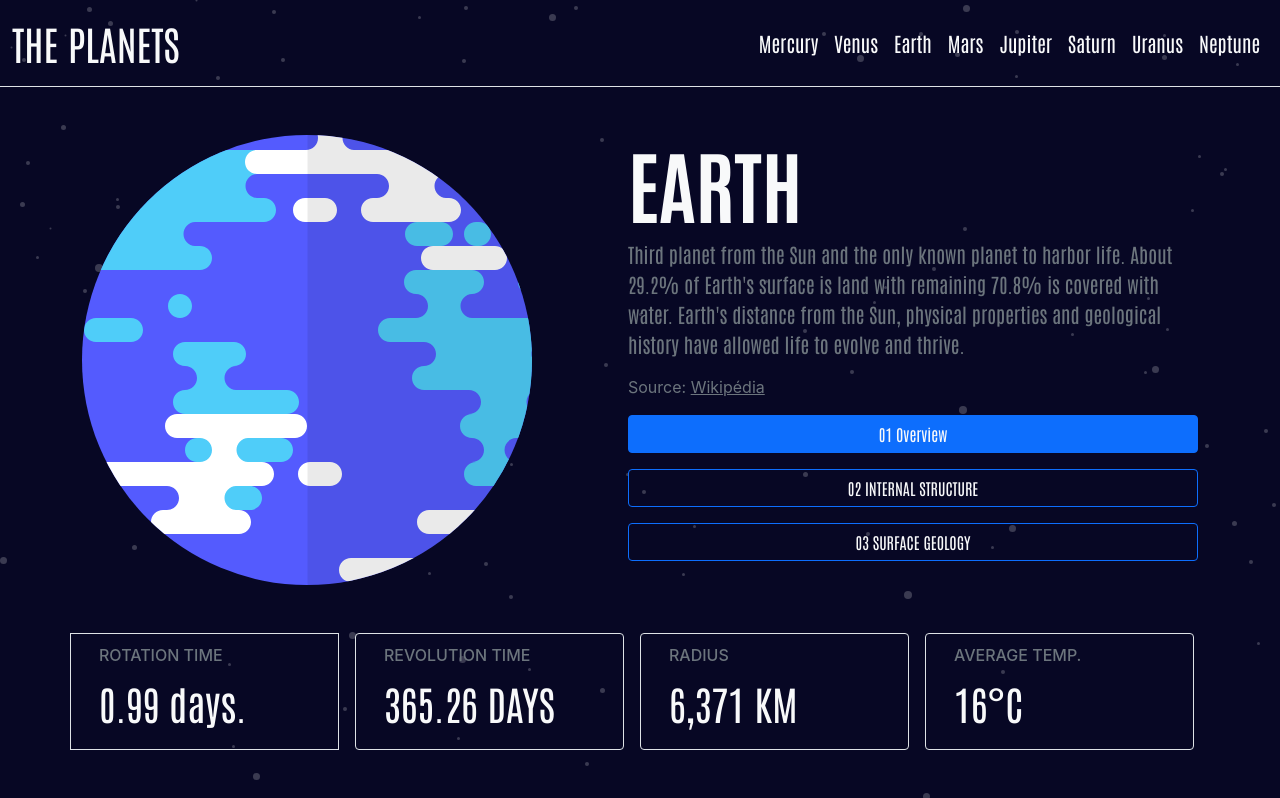
Repository: andre06x/the-planets
Page: /
These files come from the project's save history. The page is drawn as it stood at one moment and after the next save; the edit follows.
The browser window is 1280 px wide. The pictures show the whole page.
The project was rebuilt for these pictures with package versions that can differ from the ones it lists, and the page was loaded fresh each time.

Above is the page before, as saved 2021-10-18 22:31:57.

### public/index.html
<!DOCTYPE html>
<html lang="en">

<head>
  <meta charset="utf-8" />
  <link rel="icon" href="%PUBLIC_URL%/favicon.ico" />
  <meta name="viewport" content="width=device-width, initial-scale=1" />
  <meta name="theme-color" content="#000000" />
  <link rel="preconnect" href="https://fonts.googleapis.com">
  <link rel="preconnect" href="https://fonts.gstatic.com" crossorigin>
  <link href="https://fonts.googleapis.com/css2?family=Antonio:wght@400;500;600;700&display=swap" rel="stylesheet">
  <meta name="description" content="Web site created using create-react-app" />
  <link rel="apple-touch-icon" href="%PUBLIC_URL%/logo192.png" />
  <link rel="manifest" href="%PUBLIC_URL%/manifest.json" />
  <link rel="stylesheet" href="%PUBLIC_URL%/bootstrap-5.1.3-dist/css/bootstrap.min.css">
  <title>React App</title>
</head>

<body>
  <noscript>You need to enable JavaScript to run this app.</noscript>
  <div id="root"></div>
  <script src="./bootstrap-5.1.3-dist/js/bootstrap.min.js"></script>
</body>

</html>

### src/index.js
import React from 'react';
import ReactDOM from 'react-dom';
import App from './App';
import reportWebVitals from './reportWebVitals';
import Global from './styles/global';

ReactDOM.render(
  <React.StrictMode>
    <Global />
    <App />
  </React.StrictMode>,
  document.getElementById('root')
);

// If you want to start measuring performance in your app, pass a function
// to log results (for example: reportWebVitals(console.log))
// or send to an analytics endpoint. Learn more: https://bit.ly/CRA-vitals
reportWebVitals();

### src/App.js
import logo from './logo.svg';
// import './App.css';
import Header from './components/Header';
import Container from './components/Container';

function App() {
  return (
    <div className="App">
      <Header />
      <Container />
    </div>
  );
}

export default App;

### src/styles/global.js
import { createGlobalStyle } from 'styled-components';
import img from '../background-stars.svg';

export default createGlobalStyle`
  body {
    background-image: url(${img});
    background-color: #070724;
    background-repeat: repeat;
  margin: 0;
  font-family: -apple-system, BlinkMacSystemFont, 'Segoe UI', 'Roboto', 'Oxygen',
    'Ubuntu', 'Cantarell', 'Fira Sans', 'Droid Sans', 'Helvetica Neue',
    sans-serif;
  -webkit-font-smoothing: antialiased;
  -moz-osx-font-smoothing: grayscale;
}

code {
  font-family: source-code-pro, Menlo, Monaco, Consolas, 'Courier New',
    monospace;
}
`;

### src/components/Header.js
import React from 'react';
import data from '../data.json';

const Header = () => {
  return (
    <nav class="navbar navbar-expand-lg navbar-dark bg-transparent border-bottom border-muted mb-5">
      <div class="container-fluid d-flex justify-content-between">
        <a class="navbar-brand fs-1 text-light font-antonio" href="#">THE PLANETS</a>
        <button class="navbar-toggler text-light" type="button" data-bs-toggle="collapse" data-bs-target="#navbarSupportedContent" aria-controls="navbarSupportedContent" aria-expanded="false" aria-label="Toggle navigation">
          <span class="navbar-toggler-icon text-light"></span>
        </button>
        <div class="collapse navbar-collapse justify-content-end" id="navbarSupportedContent">
          <div>
            <ul class="navbar-nav me-auto mb-2 mb-lg-0">
              {
                data.map(d => (
                  <li class="nav-item">
                    <a class="nav-link active text-light fs-5 font-antonio" aria-current="page" href="#">{d.name}</a>
                  </li>
                ))
              }
            </ul>
          </div>
        </div>
      </div>
    </nav>
  )
}



export default Header

### src/components/Container.js
import React, { useEffect, useState } from 'react';
// import earth from '../assets/planet-earth.svg';
import data from '../data.json';

const Container = () => {
  const [selectBox, setSelectBox] = useState(1);
  const [planet, setPlanet] = useState('Earth');
  const [text, setText] = useState('');
  const [imagee, setImagee] = useState('assets/planet-earth.svg')

  const op = [
    { id: 1, titulo: '01 Overview' },
    { id: 2, titulo: '02 INTERNAL STRUCTURE' },
    { id: 3, titulo: '03 SURFACE GEOLOGY' },
  ]

  function buttonChange(o) {
    setSelectBox(o.id);

    if (o.id === 1) {
      setText(data.filter(d => d.name === planet)[0].overview);
      setImagee(data.filter(d => d.name === planet)[0].images.planet);
    }

    if (o.id === 2) {
      setText(data.filter(d => d.name === planet)[0].structure);
      setImagee(data.filter(d => d.name === planet)[0].images.internal);

    }

    if (o.id === 3) {
      setText(data.filter(d => d.name === planet)[0].geology);
      setImagee(data.filter(d => d.name === planet)[0].images.geology);

    }

  }

  useEffect(() => {
    setText(data.filter(d => d.name === planet)[0].overview);
  }, []);
  return (
    <div className="container mt-5">
      <div className="d-flex flex-column">
        <div className="d-flex justify-content-between">
          <div className="me-5">
            <img src={imagee}alt="" />
          </div>
          <div className="ms-md-5">
            <h1 className="display-1 text-light font-antonio fw-bold">EARTH</h1>
            <p className="lead text-muted font-antonio">
              {text.content}
            </p>
            <span className="text-secondary">
              Source: <a href="" className="text-secondary"> Wikipédia</a>
            </span>

            <div className="d-flex flex-column mt-3 font-antonio fw-bold">
              {op.map(o => (
                <button
                  className={`btn text-light btn-outline-primary mb-3 ${selectBox === o.id ? ' btn-primary' : ''}`}
                  onClick={() => buttonChange(o)}
                >
                  {o.titulo}
                </button>
              ))}
            </div>
          </div>
        </div>
      </div>
      <div className="row mt-5 mb-5">
        <div class="col me-3 bg-transparent border">
          <div class="card-body">
            <h6 class="card-subtitle mb-2 text-muted">ROTATION TIME</h6>
            <p class="card-text text-light font-antonio fs-1">0.99 days.</p>
          </div>
        </div>
        <div class="card col me-3 bg-transparent border">
          <div class="card-body">
            <h6 class="card-subtitle mb-2 text-muted">REVOLUTION TIME</h6>
            <p class="card-text text-light font-antonio fs-1">365.26 DAYS</p>
          </div>
        </div>
        <div class="card col me-3 bg-transparent border">
          <div class="card-body">
            <h6 class="card-subtitle mb-2 text-muted">RADIUS</h6>
            <p class="card-text text-light font-antonio fs-1">6,371 KM</p>
          </div>
        </div>
        <div class="card col me-3 bg-transparent border">
          <div class="card-body">
            <h6 class="card-subtitle mb-2 text-muted">AVERAGE TEMP.</h6>
            <p class="card-text text-light font-antonio fs-1">16°C</p>
          </div>
        </div>
      </div>
    </div>
  )
}

export default Container;

### src/data.json
[
  {
    "name": "Mercury",
    "overview": {
      "content": "Mercury is the smallest planet in the Solar System and the closest to the Sun. Its orbit around the Sun takes 87.97 Earth days, the shortest of all the Sun's planets. Mercury is one of four terrestrial planets in the Solar System, and is a rocky body like Earth.",
      "source": "https://en.wikipedia.org/wiki/Mercury_(planet)"
    },
    "structure": {
      "content": "Mercury appears to have a solid silicate crust and mantle overlying a solid, iron sulfide outer core layer, a deeper liquid core layer, and a solid inner core. The planet's density is the second highest in the Solar System at 5.427 g/cm3 , only slightly less than Earth's density.",
      "source": "https://en.wikipedia.org/wiki/Mercury_(planet)#Internal_structure"
    },
    "geology": {
      "content": "Mercury's surface is similar in appearance to that of the Moon, showing extensive mare-like plains and heavy cratering, indicating that it has been geologically inactive for billions of years. It is more heterogeneous than either Mars's or the Moon’s.",
      "source": "https://en.wikipedia.org/wiki/Mercury_(planet)#Surface_geology"
    },
    "rotation": "58.6 Days",
    "revolution": "87.97 Days",
    "radius": "2,439.7 KM",
    "temperature": "430°c",
    "images": {
      "planet": "./assets/planet-mercury.svg",
      "internal": "./assets/planet-mercury-internal.svg",
      "geology": "./assets/geology-mercury.png"
    }
  },
  {
    "name": "Venus",
    "overview": {
      "content": "Venus is the second planet from the Sun. It is named after the Roman goddess of love and beauty. As the brightest natural object in Earth's night sky after the Moon, Venus can cast shadows and can be, on rare occasions, visible to the naked eye in broad daylight.",
      "source": "https://en.wikipedia.org/wiki/Venus"
    },
    "structure": {
      "content": "The similarity in size and density between Venus and Earth suggests they share a similar internal structure: a core, mantle, and crust. Like that of Earth, Venusian core is most likely at least partially liquid because the two planets have been cooling at about the same rate.",
      "source": "https://en.wikipedia.org/wiki/Venus#Internal_structure"
    },
    "geology": {
      "content": "Much of the Venusian surface appears to have been shaped by volcanic activity. Venus has several times as many volcanoes as Earth, and it has 167 large volcanoes that are over 100 km (60 mi) across. The only volcanic complex of this size on Earth is the Big Island of Hawaii.",
      "source": "https://en.wikipedia.org/wiki/Venus#Surface_geology"
    },
    "rotation": "243 Days",
    "revolution": "224.7 Days",
    "radius": "6,051.8 KM",
    "temperature": "471°c",
    "images": {
      "planet": "./assets/planet-venus.svg",
      "internal": "./assets/planet-venus-internal.svg",
      "geology": "./assets/geology-venus.png"
    }
  },
  {
    "name": "Earth",
    "overview": {
      "content": "Third planet from the Sun and the only known planet to harbor life. About 29.2% of Earth's surface is land with remaining 70.8% is covered with water. Earth's distance from the Sun, physical properties and geological history have allowed life to evolve and thrive.",
      "source": "https://en.wikipedia.org/wiki/Earth"
    },
    "structure": {
      "content": "Earth's interior, like that of the other terrestrial planets, is divided into layers by their chemical or physical (rheological) properties. The outer layer is a chemically distinct silicate solid crust, which is underlain by a highly viscous solid mantle.",
      "source": "https://en.wikipedia.org/wiki/Earth#Internal_structure"
    },
    "geology": {
      "content": "The total surface area of Earth is about 510 million km2. The continental crust consists of lower density material such as the igneous rocks granite and andesite. Less common is basalt, a denser volcanic rock that is the primary constituent of the ocean floors.",
      "source": "https://en.wikipedia.org/wiki/Earth#Surface"
    },
    "rotation": "0.99 Days",
    "revolution": "365.26 Days",
    "radius": "6,371 KM",
    "temperature": "16°c",
    "images": {
      "planet": "assets/planet-earth.svg",
      "internal": "assets/planet-earth-internal.svg",
      "geology": "assets/geology-earth.png"
    }
  },
  {
    "name": "Mars",
    "overview": {
      "content": "Mars is the fourth planet from the Sun and the second-smallest planet in the Solar System, being larger than only Mercury. In English, Mars carries the name of the Roman god of war and is often referred to as the \"Red Planet\".",
      "source": "https://en.wikipedia.org/wiki/Mars"
    },
    "structure": {
      "content": "Like Earth, Mars has differentiated into a dense metallic core overlaid by less dense materials. Scientists initially determined that the core is at least partially liquid. Current models of its interior imply a core consisting primarily of iron and nickel with about 16–17% sulfur.",
      "source": "https://en.wikipedia.org/wiki/Mars#Internal_structure"
    },
    "geology": {
      "content": "Mars is a terrestrial planet whose surface consists of minerals containing silicon and oxygen, metals, and other elements that typically make up rock. The surface is primarily composed of tholeiitic basalt, although parts are more silica-rich than typical basalt.",
      "source": "https://en.wikipedia.org/wiki/Mars#Surface_geology"
    },
    "rotation": "1.03 Days",
    "revolution": "1.88 Years",
    "radius": "3,389.5 KM",
    "temperature": "-28°c",
    "images": {
      "planet": "./assets/planet-mars.svg",
      "internal": "./assets/planet-mars-internal.svg",
      "geology": "./assets/geology-mars.png"
    }
  },
  {
    "name": "Jupiter",
    "overview": {
      "content": "Jupiter is the fifth planet from the Sun and the largest in the Solar System. It is a gas giant with a mass two and a half times that of all the other planets in the Solar System combined, but less than one-thousandth the mass of the Sun.",
      "source": "https://en.wikipedia.org/wiki/Jupiter"
    },
    "structure": {
      "content": "When the Juno arrived in 2016, it found that Jupiter has a very diffuse core that mixes into its mantle. A possible cause is an impact from a planet of about ten Earth masses a few million years after Jupiter's formation, which would have disrupted an originally solid Jovian core.",
      "source": "https://en.wikipedia.org/wiki/Jupiter#Internal_structure"
    },
    "geology": {
      "content": "The best known feature of Jupiter is the Great Red Spot, a persistent anticyclonic storm located 22° south of the equator. It is known to have existed since at least 1831, and possibly since 1665.",
      "source": "https://en.wikipedia.org/wiki/Jupiter#Great_Red_Spot_and_other_vortices"
    },
    "rotation": "9.93 Hours",
    "revolution": "11.86 Years",
    "radius": "69,911 KM",
    "temperature": "-108°c",
    "images": {
      "planet": "./assets/planet-jupiter.svg",
      "internal": "./assets/planet-jupiter-internal.svg",
      "geology": "./assets/geology-jupiter.png"
    }
  },
  {
    "name": "Saturn",
    "overview": {
      "content": "Saturn is the sixth planet from the Sun and the second-largest in the Solar System, after Jupiter. It is a gas giant with an average radius of about nine and a half times that of Earth. It only has one-eighth the average density of Earth.",
      "source": "https://en.wikipedia.org/wiki/Saturn"
    },
    "structure": {
      "content": "Despite consisting mostly of hydrogen and helium, most of Saturn's mass is not in the gas phase, because hydrogen becomes a non-ideal liquid when the density is above 0.01 g/cm3, which is reached at a radius containing 99.9% of Saturn's mass.",
      "source": "https://en.wikipedia.org/wiki/Saturn#Internal_structure"
    },
    "geology": {
      "content": "The outer atmosphere of Saturn contains 96.3% molecular hydrogen and 3.25% helium by volume. The planet's most famous feature is its prominent ring system, which is composed mostly of ice particles with a smaller amount of rocky debris and dust.",
      "source": "https://en.wikipedia.org/wiki/Saturn#Atmosphere"
    },
    "rotation": "10.8 Hours",
    "revolution": "29.46 Years",
    "radius": "58,232 KM",
    "temperature": "-138°c",
    "images": {
      "planet": "./assets/planet-saturn.svg",
      "internal": "./assets/planet-saturn-internal.svg",
      "geology": "./assets/geology-saturn.png"
    }
  },
  {
    "name": "Uranus",
    "overview": {
      "content": "Uranus is the seventh planet from the Sun. Its name is a reference to the Greek god of the sky, Uranus according to Greek mythology, was the great-grandfather of Ares. It has the third-largest planetary radius and fourth-largest planetary mass in the Solar System.",
      "source": "https://en.wikipedia.org/wiki/Uranus"
    },
    "structure": {
      "content": "The standard model of Uranus's structure is that it consists of three layers: a rocky (silicate/iron–nickel) core in the centre, an icy mantle in the middle and an outer gaseous hydrogen/helium envelope. The core is relatively small, with a mass of only 0.55 Earth masses.",
      "source": "https://en.wikipedia.org/wiki/Uranus#Internal_structure"
    },
    "geology": {
      "content": "The composition of Uranus's atmosphere is different from its bulk, consisting mainly of molecular hydrogen and helium. The helium molar fraction, i.e. the number of helium atoms per molecule of gas, is 0.15±0.03 in the upper troposphere.",
      "source": "https://en.wikipedia.org/wiki/Uranus#Atmosphere"
    },
    "rotation": "17.2 Hours",
    "revolution": "84 Years",
    "radius": "25,362 KM",
    "temperature": "-195°c",
    "images": {
      "planet": "./assets/planet-uranus.svg",
      "internal": "./assets/planet-uranus-internal.svg",
      "geology": "./assets/geology-uranus.png"
    }
  },
  {
    "name": "Neptune",
    "overview": {
      "content": "Neptune is the eighth and farthest-known Solar planet from the Sun. In the Solar System, it is the fourth-largest planet by diameter, the third-most-massive planet, and the densest giant planet. It is 17 times the mass of Earth, more massive than its near-twin Uranus.",
      "source": "https://en.wikipedia.org/wiki/Neptune"
    },
    "structure": {
      "content": "Neptune's internal structure resembles that of Uranus. Its atmosphere forms about 5% to 10% of its mass and extends perhaps 10% to 20% of the way towards the core. Increasing concentrations of methane, ammonia and water are found in the lower regions.",
      "source": "https://en.wikipedia.org/wiki/Neptune#Internal_structure"
    },
    "geology": {
      "content": "Neptune's atmosphere is 80% hydrogen and 19% helium. A trace amount of methane is also present. Prominent absorption bands of methane exist at wavelengths above 600 nm, in the red and infrared portion of the spectrum.",
      "source": "https://en.wikipedia.org/wiki/Neptune#Atmosphere"
    },
    "rotation": "16.08 Hours",
    "revolution": "164.79 Years",
    "radius": "24,622 KM",
    "temperature": "-201°c",
    "images": {
      "planet": "./assets/planet-neptune.svg",
      "internal": "./assets/planet-neptune-internal.svg",
      "geology": "./assets/geology-neptune.png"
    }
  }
]

Loaded but not shown: src/reportWebVitals.js (common file); public/bootstrap-5.1.3-dist/css/bootstrap.min.css (library); public/bootstrap-5.1.3-dist/js/bootstrap.min.js (library)

After the next save:
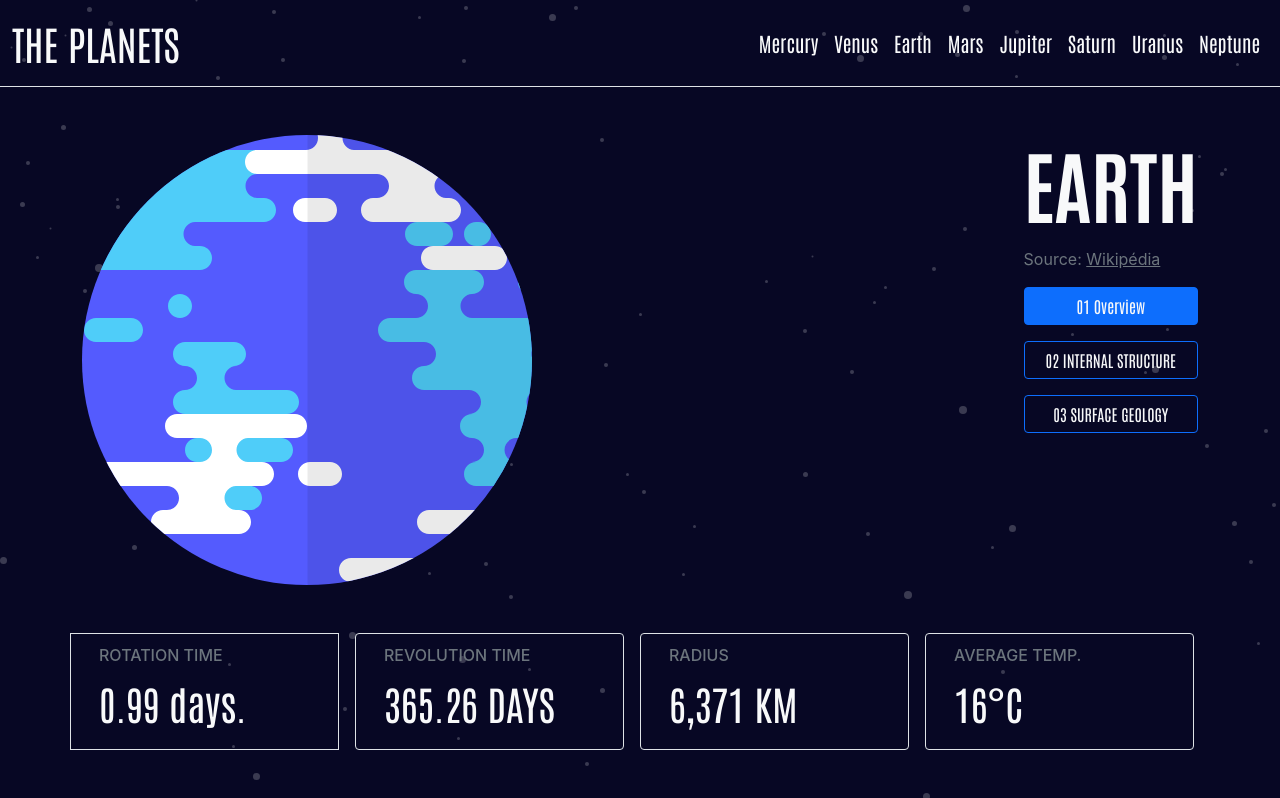
Saved 2 min 9 s later.
--- a/src/components/Container.js
+++ b/src/components/Container.js
@@ -37,7 +37,7 @@
   }
 
   useEffect(() => {
-    setText(data.filter(d => d.name === planet)[0].overview);
+    // setText(data.filter(d => d.name === planet)[0].overview);
   }, []);
   return (
     <div className="container mt-5">

After the save that followed:
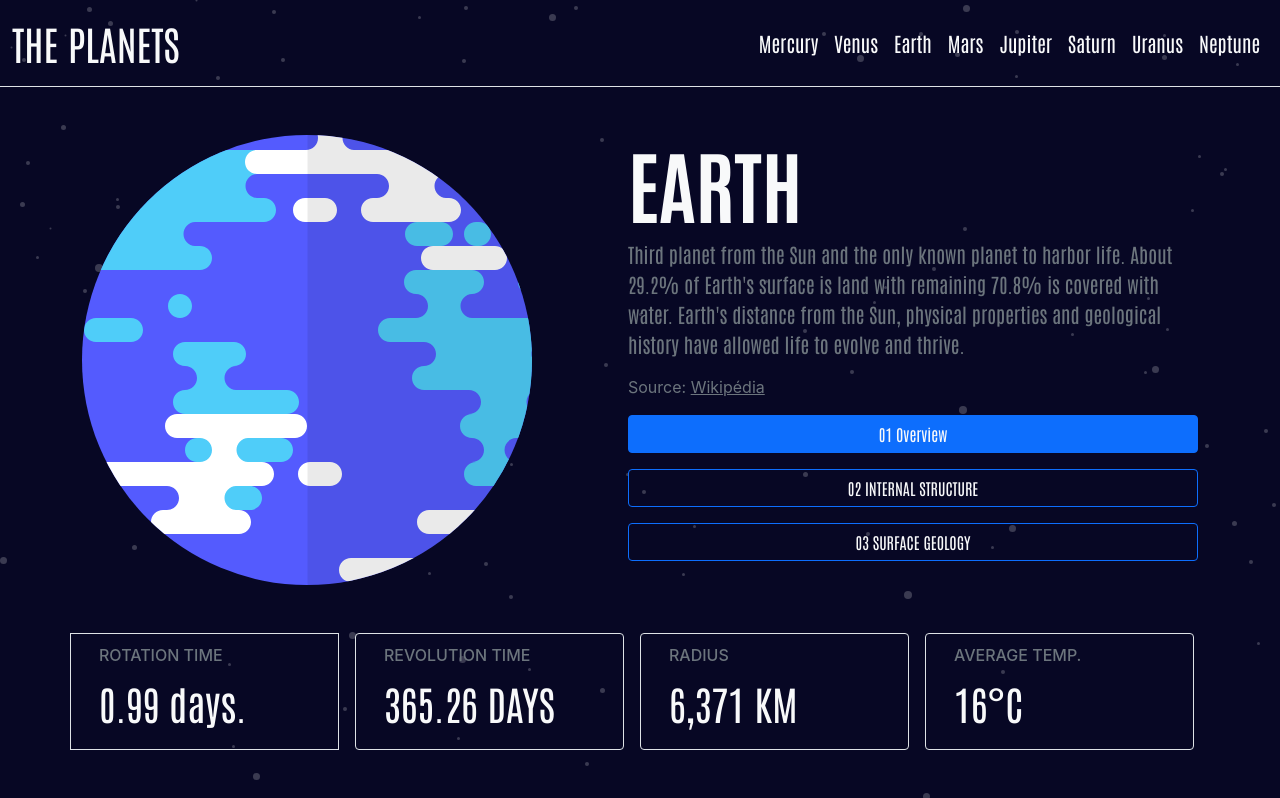
Saved 29 s later.
--- a/src/components/Container.js
+++ b/src/components/Container.js
@@ -5,7 +5,7 @@
 const Container = () => {
   const [selectBox, setSelectBox] = useState(1);
   const [planet, setPlanet] = useState('Earth');
-  const [text, setText] = useState('');
+  const [text, setText] = useState(data.filter(d => d.name === planet)[0].overview);
   const [imagee, setImagee] = useState('assets/planet-earth.svg')
 
   const op = [
@@ -37,7 +37,6 @@
   }
 
   useEffect(() => {
-    // setText(data.filter(d => d.name === planet)[0].overview);
   }, []);
   return (
     <div className="container mt-5">
